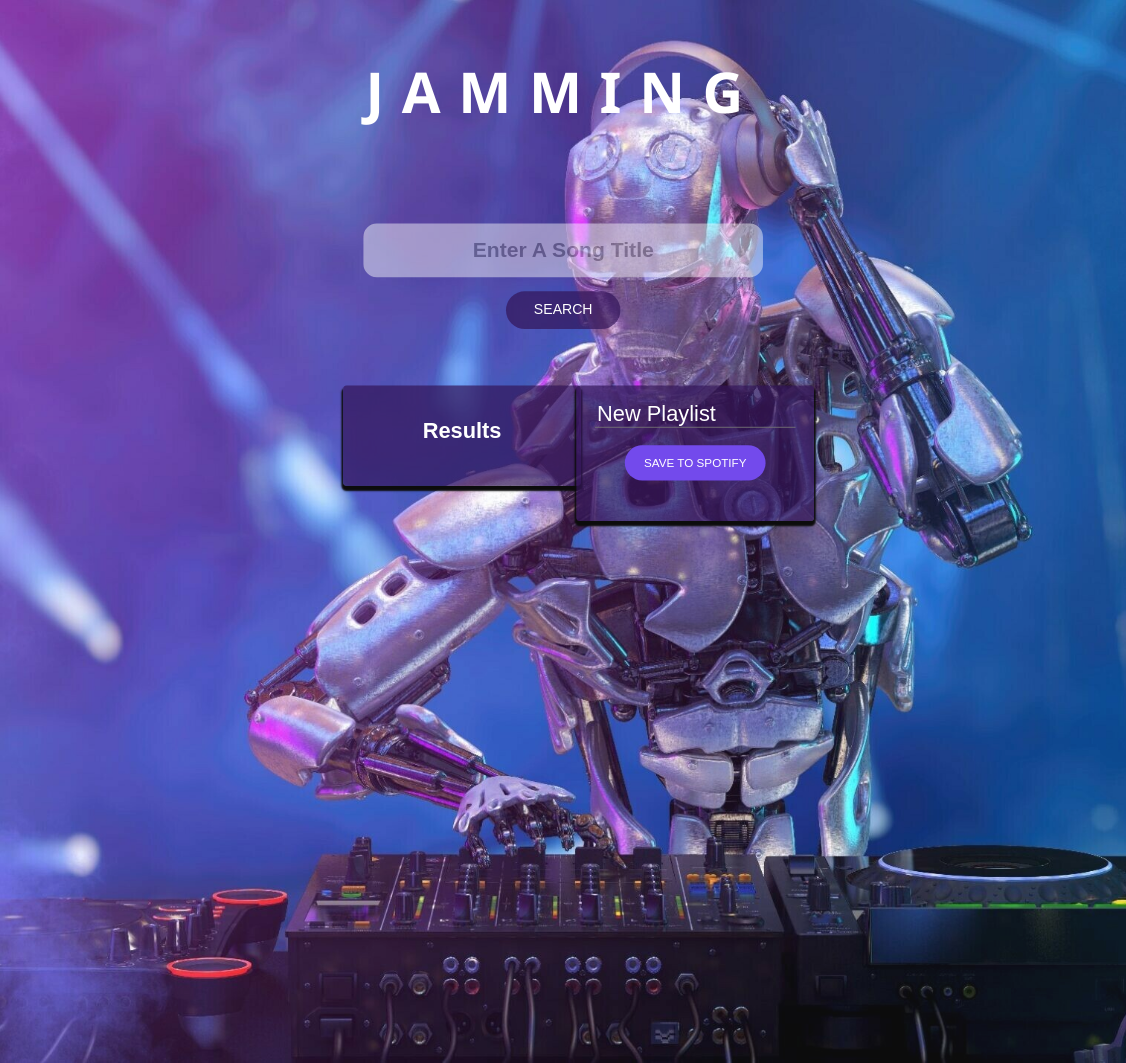
Repository: LolaSL/jamming
Page: /
These files come from the project's save history. The page is drawn as it stood at one moment and after the next save; the edit follows.
The browser window is 1280 px wide. The pictures show the whole page, at 88% of full size.
The project was rebuilt for these pictures with package versions that can differ from the ones it lists, and the page was loaded fresh each time. Also part of the build but not shown: src/components/Track/Track.css, src/components/Track/Track.jsx.

Above is the page before, as saved 2023-06-23 17:59:56.

### src/App/App.js
import React, { useState, useCallback } from "react";
import "./App.css";

import Playlist from "../components/PlayList/PlayList.jsx";
import SearchBar from "../components/SearchBar/SearchBar";
import SearchResults from "../components/SearchResults/SearchResults";
import Spotify from "../utils/Spotify";

const App = () => {
  const [searchResults, setSearchResults] = useState([]);
  const [playlistName, setPlaylistName] = useState("New Playlist");
  const [playlistTracks, setPlaylistTracks] = useState([]);

  const search = useCallback(async (term) => {
    const results = await Spotify.search(term);
    setSearchResults(results);
  }, []);

  const addTrack = useCallback((track) => {
    if (playlistTracks.some((savedTrack) => savedTrack.id === track.id)) {
      return;
    }
    setPlaylistTracks((prevTracks) => [...prevTracks, track]);
  }, [playlistTracks]);

  const removeTrack = useCallback((track) => {
    setPlaylistTracks((prevTracks) =>
      prevTracks.filter((currentTrack) => currentTrack.id !== track.id)
    );
  }, []);

  const updatePlaylistName = useCallback((name) => {
    setPlaylistName(name);
  }, []);

  const savePlaylist = useCallback(async () => {
    const trackUris = playlistTracks.map((track) => track.uri);
    await Spotify.savePlaylist(playlistName, trackUris);
    setPlaylistName("New Playlist");
    setPlaylistTracks([]);
  }, [playlistName, playlistTracks]);

  return (
    <div className="App-container" data-testid="app-test">
      <h1>
        Jamming
      </h1>
      <SearchBar onSearch={search} />
      <div className="App-playlist">
          <SearchResults searchResults={searchResults} onAdd={addTrack} />
          <Playlist
            playlistName={playlistName}
            playlistTracks={playlistTracks}
            onNameChange={updatePlaylistName}
            onRemove={removeTrack}
            onSave={savePlaylist}
        />
      </div>
      </div>
  );
};

export default App;
;

### src/App/App.css
body,
html,
#root {
  height: 100%;

}

/* CSS for App-container */
.App-container {
  display: flex;
  flex-direction: column;
  align-items: center;
  padding: 20px;
  background-color: #f0f0f0;
  background-image: url('./background.jpg');
  height: 150%;
  padding: 0 17% 10% 17%;
  opacity: 0.95;
  background-size: cover;
  overflow: hidden;
  background-position: center;
  background-repeat: no-repeat;
  font-family: 'Work Sans', sans-serif;
  font-weight: 500;
  color: #56649f;
  text-align: center;
}

/* CSS for h1 */
h1 {
  font-family:'Segoe UI', Tahoma, Geneva, Verdana, sans-serif;
  text-transform: uppercase;
  letter-spacing: 20px;
  color: #ffffff;
  font-size: 4rem;
  margin-top: 60px;
}

/* CSS for SearchBar */
.SearchBar {
  display: flex;
  justify-content: center;
  align-items: center;
  margin-bottom: 20px;
}

/* CSS for App-playlist */
.App-playlist {
  display: grid;
  grid-template-columns: 1fr 1fr;
  grid-gap:80px;
  align-items: justify;
  column-gap: 30px;
  width:500px;
  margin: 0 auto;
}

/* CSS for SearchResults and Playlist components */
.SearchResults,
.Playlist {
  background-color: #fff;
  padding: 20px;
  border-radius: 4px;
  box-shadow: 0 2px 4px rgba(0, 0, 0, 0.1);
}

/*
.App-container{
  flex-wrap: wrap;
  height: 150%;
  padding: 0 17% 10% 17%;
  background-image: url('./background.jpg');
  opacity: 0.95;
  background-size: cover;
  overflow: hidden;
  background-position: center;
  background-repeat: no-repeat;
  font-family: 'Work Sans', sans-serif;
  font-weight: 500;
  color: #56649f;
  text-align: center;
  max-width: 100%;

}
h1{
  font-family:'Segoe UI', Tahoma, Geneva, Verdana, sans-serif;
  text-transform: uppercase;
  letter-spacing: 20px;
  color: #ffffff;
  font-size: 4rem;
  margin-top: 60px;
}
.App-playlist{
  display: flex;
  flex-wrap: wrap;
  align-items: justify;
  column-gap: 30px;
  width:500px;
  margin: 0 auto;

}

@media screen and (max-width: 400px) {
  .App-container {
    width: 70%;
    height: auto;
    align-items: center;
  }
}

@media screen and (max-width: 800px) {
  .App-container {
    width:75%;
    height: auto;
    align-items: center;
  }
}
@media only screen and (max-width: 1220px) {
  .App-container {
    width: 90%;
    height: auto;
    align-items: center;
  }
}
@media only screen and (max-width: 1620px) {
  .App-container {
    width: 100%;
    height: auto;
    align-items: center;
  }
} */

### src/components/PlayList/PlayList.jsx
import React, { useCallback } from "react";
import PropTypes from "prop-types";
import "./PlayList.css";
import TrackList from "../TrackList/TrackList";

const Playlist = ({
  onNameChange,
  playlistTracks,
  onRemove,
  onSave
}) => {
  const handleNameChange = useCallback((event) => {
    onNameChange(event.target.value);
  }, [onNameChange]);

  return (
    <div className="Playlist">
      <input onChange={handleNameChange} defaultValue={"New Playlist"} />
      <TrackList
        tracks={playlistTracks}
        isRemoval={true}
        onRemove={onRemove}
      />
      <button className="Playlist-save" onClick={onSave}>
        SAVE TO SPOTIFY
      </button>
    </div>
  );
};

Playlist.propTypes = {
  onNameChange: PropTypes.func,
  playlistTracks: PropTypes.array,
  onRemove: PropTypes.func,
  onSave: PropTypes.func
};

export default Playlist;

### src/components/SearchBar/SearchBar.jsx
import React, { useState, useCallback } from "react";
import "./SearchBar.css";

const SearchBar = ({ onSearch }) => {
  const [term, setTerm] = useState("");

  const handleTermChange = useCallback((event) => {
    setTerm(event.target.value);
  }, []);

  const search = useCallback(() => {
    onSearch(term);
  }, [onSearch, term]);

  return (
    <div className="SearchBar">
      <input placeholder="Enter A Song Title" onChange={handleTermChange} />
      <button className="SearchButton" onClick={search}>
        SEARCH
      </button>
    </div>
  );
};

export default SearchBar;

### src/components/SearchResults/SearchResults.jsx
import React from "react";
import "./SearchResults.css";
import TrackList from "../TrackList/TrackList";

const SearchResults = ({ searchResults, onAdd }) => {
  return (
    <div className="SearchResults">
      <h2>Results</h2>
      <TrackList tracks={searchResults} onAdd={onAdd} />
    </div>
  );
};

export default SearchResults;

### src/utils/Spotify.js
const clientId = 'a18dfb23f21c4bf69aa0c5c6ac72acdc'; // Insert client ID here.
const redirectUri = 'http://localhost:3000/'; // Have to add this to your accepted Spotify redirect URIs on the Spotify API.

let accessToken;

const Spotify = {
  getAccessToken() {
    if (accessToken) {
      return accessToken;
    }

    const accessTokenMatch = window.location.href.match(/access_token=([^&]*)/);
    const expiresInMatch = window.location.href.match(/expires_in=([^&]*)/);
    if (accessTokenMatch && expiresInMatch) {
      accessToken = accessTokenMatch[1];
      const expiresIn = Number(expiresInMatch[1]);
      window.setTimeout(() => accessToken = '', expiresIn * 1000);
      window.history.pushState('Access Token', null, '/'); // This clears the parameters, allowing us to grab a new access token when it expires.
      return accessToken;
    } else {
      const accessUrl = `https://accounts.spotify.com/authorize?client_id=${clientId}&response_type=token&scope=playlist-modify-public&redirect_uri=${redirectUri}`;
      window.location = accessUrl;
    }
  },

  async search(term) {
    const accessToken = Spotify.getAccessToken();
    const response = await fetch(`https://api.spotify.com/v1/search?type=track&q=${term}`, {
      headers: {
        Authorization: `Bearer ${accessToken}`
      }
    });
    const jsonResponse = await response.json();
    if (!jsonResponse.tracks) {
      return [];
    }
    return jsonResponse.tracks.items.map(track => ({
      id: track.id,
      name: track.name,
      artist: track.artists[0].name,
      album: track.album.name,
      popularity: track.popularity,
      uri: track.uri
    }));
  },

  savePlaylist(name, trackUris) {
    if (!name || !trackUris.length) {
      return;
    }

    const accessToken = Spotify.getAccessToken();
    const headers = { Authorization: `Bearer ${accessToken}` };
    let userId;

    return fetch('https://api.spotify.com/v1/me', { headers: headers }
    ).then(response => response.json()
    ).then(jsonResponse => {
      userId = jsonResponse.id;
      return fetch(`https://api.spotify.com/v1/users/${userId}/playlists`, {
        headers: headers,
        method: 'POST',
        body: JSON.stringify({ name: name })
      }).then(response => response.json()
      ).then(jsonResponse => {
        const playlistId = jsonResponse.id;
        return fetch(`https://api.spotify.com/v1/users/${userId}/playlists/${playlistId}/tracks`, {
          headers: headers,
          method: 'POST',
          body: JSON.stringify({ uris: trackUris })
        });
      });
    });
  }
};

export default Spotify;

### src/components/PlayList/PlayList.css
.Playlist {
    display: flex;
    flex-direction: column;
    align-items: center;
    justify-items: center;
    overflow-y: scroll;
    width: 100%;
    max-height: 900px;
    padding: 1.1rem;
    background-color: rgba(40, 9, 80, 0.7);
    box-shadow: 0 4px 2px 2px #000000;

  }

  .Playlist input {
    width: 95%;
    border: 0;
    outline: 0;
    background: transparent;
    border-bottom: 1px solid #6f6f6f;
    font-family: 'Poppins', sans-serif;
    font-size: 1.55rem;
    color: #fff;
  }

  .Playlist-save {
    cursor: pointer;
    width: 10rem;
    padding: .77rem 0;
    border-radius: 54px;
    border-width: 0px;
    margin-top: 1.27rem;
    background-color: #6c41ec;
    text-align: center;
    font-size: .83rem;
    transition: background-color .25s;
    color: #fff;
    font-weight: 500;
  }

  .Playlist-save:hover {
    background-color: rgba(108, 65, 233, .7);
  }

  ::-webkit-scrollbar {
      width: 0px;
      background: transparent;
  }

  @media screen and (min-width: 400px) {
    .Playlist {
      width: 70%;
      height: auto;
      align-items: center;
    }
  }

  @media screen and (min-width: 800px) {
    .Playlist {
      width:75%;
      height: auto;
    }
  }
  @media only screen and (max-width: 1220px) {
    .Playlist {
      width: 90%;
      height: auto;
      align-items: center;
    }
  }
  @media only screen and (max-width: 1620px) {
    .Playlist {
      width: 100%;
      height: auto;
      align-items: center;
    }
  }

### src/components/TrackList/TrackList.jsx
import React from "react";
import PropTypes from "prop-types";
import "./TrackList.css";
import Track from "../Track/Track";

const TrackList = ({ tracks, onAdd, isRemoval, onRemove }) => {
  return (
    <div className="TrackList">
      {tracks.map((track, index) => (
        <Track
          key={index}
          track={track}
          onAdd={onAdd}
          isRemoval={isRemoval}
          onRemove={onRemove}
        />
      ))}
    </div>
  );
};

TrackList.propTypes = {
  tracks: PropTypes.array,
  onAdd: PropTypes.func,
  onRemove: PropTypes.func,
  isRemoval: PropTypes.bool,
};

export default TrackList;

### src/components/SearchBar/SearchBar.css
.SearchBar {
  display: flex;
  flex-direction: column;
  align-items: center;
  padding-top: 4rem;
  margin-bottom: 4rem;
}

.SearchBar input {
  width: 450px;
  height: 25px;
  padding:1rem 0;
  border: 2px solid #fff;
  border-radius: 15px;
  margin-bottom: 1rem;
  color: black;
  font-weight: 600;
  text-align: center;
  font-size: 1.5rem;
  opacity: 0.45;
  z-index: 1;
}

.SearchBar input:focus {
  outline: none;
}

.SearchButton {
  cursor: pointer;
  width: 8.11rem;
  padding: 0.77rem 0;
  border-radius: 54px;
  background-color: rgba(40, 9, 80, 0.7);
  text-align: center;
  font-size: 1rem;
  transition: background-color 0.25s;
  border: 0px;
  color: #fff;
  font-weight: 500;
}

.SearchButton:hover {
  background-color: rgba(108, 65, 233, 0.7);
}

### src/components/SearchResults/SearchResults.css
.SearchResults {
  display: flex;
  flex-direction: column;
  align-items: left;
  overflow-y: scroll;
  width: 38%;
  max-height: 900px;
  padding: 1.1rem;
  background-color: rgba(40, 9, 80, 0.7);
  box-shadow: 0 4px 2px 2px #000000;
  gap: 10px;

  }
  h2{
    font-family: 'Poppins', sans-serif;
    color: #ffffff;
    text-align: left;
    font-size: 1.55rem;
  }
  ::-webkit-scrollbar {
      width: 0px;
      background: transparent;
  }

  /* @media only screen and (max-width: 1020px) {
    .SearchResults {
      width: 90%;
      margin-bottom:2.5rem;
    }
  } */

  @media screen and (min-width: 400px) {
    .SearchResults {
      width: 70%;
      margin-bottom:1.5rem;
      align-items: center;
    }
  }

  @media screen and (min-width: 800px) {
    .SearchResults {
      width:75%;
      margin-bottom:2rem;
      align-items: center;
    }
  }
  @media only screen and (max-width: 1220px) {
    .SearchResults {
      width: 90%;
      margin-bottom:2.5rem;
      align-items: center;
    }
  }
  @media only screen and (max-width: 1620px) {
    .SearchResults {
      width: 100%;
      margin-bottom:2.5rem;
      align-items: center;
    }
  }

### src/components/TrackList/TrackList.css
.TrackList {
    width: 100%;
    overflow-y: scroll;
  }

  @media screen and (max-width: 400px) {
    .TrackList {
      width: 70%;
      height: auto;
      align-items: center;
    }
  }

  @media screen and (max-width: 800px) {
    .TrackList {
      width:75%;
      height: auto;
      align-items: center;
    }
  }
  @media only screen and (max-width: 1220px) {
    .TrackList {
      width: 90%;
      height: auto;
      align-items: center;
    }
  }
  @media only screen and (max-width: 1620px) {
    .TrackList {
      width: 100%;
      height: auto;
      align-items: center;
    }
  }

Loaded but not shown: public/index.html (common file); src/index.js (common file); src/index.css (common file); src/reportWebVitals.js (common file)

After the next save:
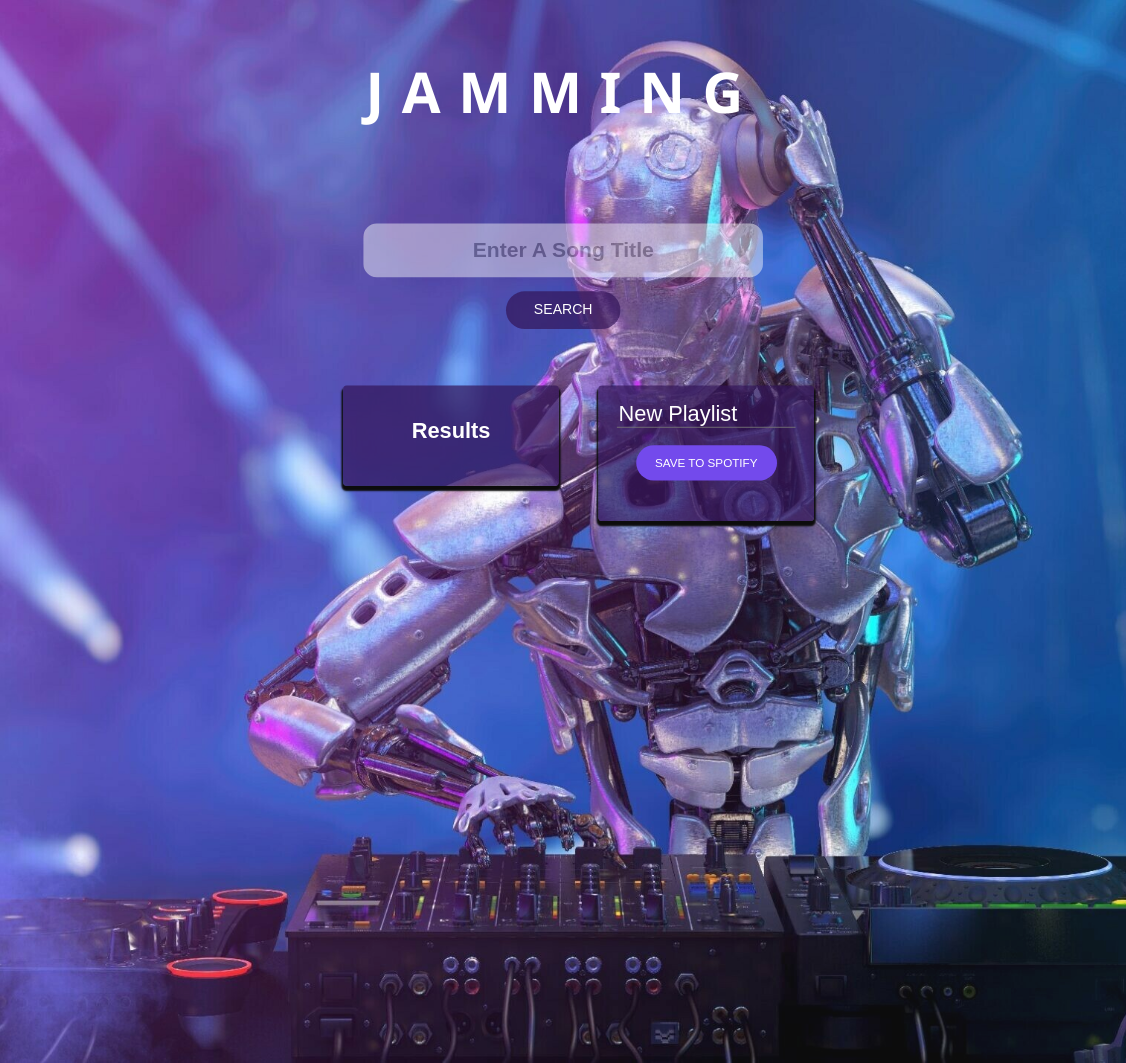
Saved 17 s later.
--- a/src/App/App.css
+++ b/src/App/App.css
@@ -50,7 +50,6 @@ h1 {
   grid-template-columns: 1fr 1fr;
   grid-gap:80px;
   align-items: justify;
-  column-gap: 30px;
   width:500px;
   margin: 0 auto;
 }
